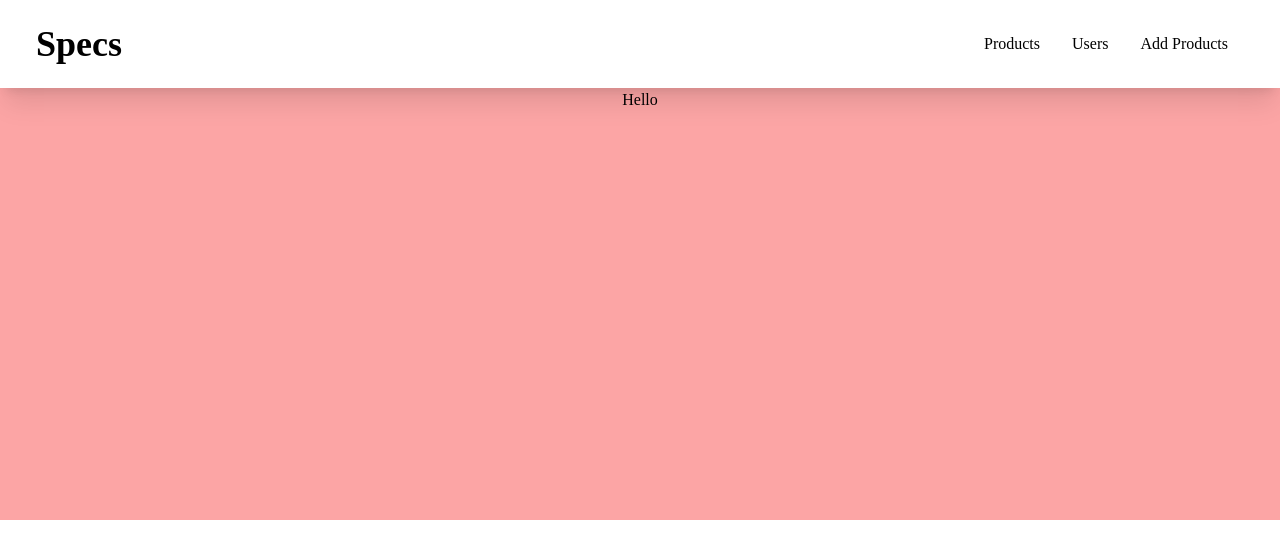
Repository: rushit163/frames-ecommerce
Page: /
These files come from the project's save history. The page is drawn as it stood at one moment and after the next save; the edit follows.
The browser window is 1280 px wide. The pictures show the whole page.
The project was rebuilt for these pictures with package versions that can differ from the ones it lists, and the page was loaded fresh each time. The framework's server and built-in components were replaced by stand-ins that run in the browser. Also part of the build but not shown: next.config.js.

Above is the page before, as saved 2023-05-06 07:30:36.

### pages/index.tsx
import Image from 'next/image'
import { Inter } from 'next/font/google';
import Admin_homePage from './Admin_homePage';
import Add_Products from './Add_Products';
const inter = Inter({ subsets: ['latin'] })

export default function Home() {
  return (

      <Add_Products/>

  )
}

### styles/globals.css
@tailwind base;
@tailwind components;
@tailwind utilities;

@import url("https://fonts.googleapis.com/css2?family=Playfair+Display:ital,wght@0,400;0,500;0,600;0,700;0,800;0,900;1,400;1,500;1,600;1,700;1,800;1,900&display=swap");

.swiper {
  width: 700px;
  height: 500px;
}

### pages/Add_Products.tsx
import Navbar from '@/components/Navbar_Admin'
import React from 'react'

const Add_Products = () => {
  return (
    <>
    <Navbar/>
    <div className=" bg-red-300 h-[60vh] w-full flex  justify-center">
      <h1>Hello</h1>
    </div>
    </>
  )
}

export default Add_Products

### components/Navbar_Admin.tsx
import Link from 'next/link';
import React, { useState } from 'react';


const Navbar = () => {
  const [nav, setNav] = useState(false);

  const handleNav = () => {
    setNav(!nav);
  };


  return (
    <div className='sticky bg-primary left-0 top-0 w-full ease-in duration-300 shadow-xl'>
      <div className='max-w-[1240px] m-auto flex justify-between items-center p-4 text-black'>
        <Link href='/'>
          <h1  className='font-bold text-4xl'>
            Specs
          </h1>
        </Link>
        <ul className='hidden sm:flex'>

          <li className='p-4'>
            <Link href='/#gallery'>Products</Link>
          </li>
          <li className='p-4'>
            <Link href='/work'>Users</Link>
          </li>
          <li className='p-4'>
            <Link href='/contact'>Add Products</Link>
          </li>
        </ul>

        {/* Mobile Button */}
        <div onClick={handleNav} className='block sm:hidden z-10 cursor-pointer'>
          {nav ? (
            <div>
                <svg xmlns="http://www.w3.org/2000/svg" fill="none" viewBox="0 0 24 24" strokeWidth={1.5} stroke="currentColor" className="w-6 h-6">
                <path strokeLinecap="round" strokeLinejoin="round" d="M6 18L18 6M6 6l12 12" />
                </svg>

            </div>
          ) : (
            <div >
                <svg xmlns="http://www.w3.org/2000/svg" fill="none" viewBox="0 0 24 24" strokeWidth={1.5}  stroke="currentColor" className="w-6 h-6">
                 <path strokeLinecap="round" strokeLinejoin="round" d="M3.75 5.25h16.5m-16.5 4.5h16.5m-16.5 4.5h16.5m-16.5 4.5h16.5" />
                </svg>
            </div>
          )}
        </div>
        {/* Mobile Menu */}
        <div
          className={
            nav
              ? 'sm:hidden absolute top-0 left-0 right-0 bottom-0 flex justify-center items-center w-full h-screen bg-primary bg-opacity-70 backdrop-blur-sm text-center ease-in duration-300'
              : 'sm:hidden absolute top-0 left-[-100%] right-0 bottom-0 flex justify-center items-center w-full h-screen bg-primary text-center ease-in duration-300 bg-opacity-70 backdrop-blur-sm'
          }
        >
          <ul>
            <li onClick={handleNav} className='p-4 text-4xl '>
              <Link href='/'>Products</Link>
            </li>
            <li onClick={handleNav} className='p-4 text-4xl '>
              <Link href='/#gallery'>User</Link>
            </li>
            <li onClick={handleNav} className='p-4 text-4xl '>
              <Link href='/work'>Add products</Link>
            </li>
            {/* <li onClick={handleNav} className='p-4 text-4xl'>
              <Link href='/contact'>Contact</Link>
            </li> */}
          </ul>
        </div>
      </div>
    </div>
  );
};




export default Navbar;

### tailwind.config.js
/** @type {import('tailwindcss').Config} */
module.exports = {
  content: [
    "./pages/**/*.{js,ts,jsx,tsx,mdx}",
    "./components/**/*.{js,ts,jsx,tsx,mdx}",
    "./app/**/*.{js,ts,jsx,tsx,mdx}",
  ],
  theme: {
    extend: {
      colors: {
        primary: "#ffffff",
        secondary: "#7e57c2",
      },
      fontFamily: {
        primary: ["Playfair Display", "serif"],
      },
    },
  },
  plugins: [require("@tailwindcss/forms")],
};

Loaded but not shown: pages/_app.tsx (common file); pages/_document.tsx (common file)

After the next save:
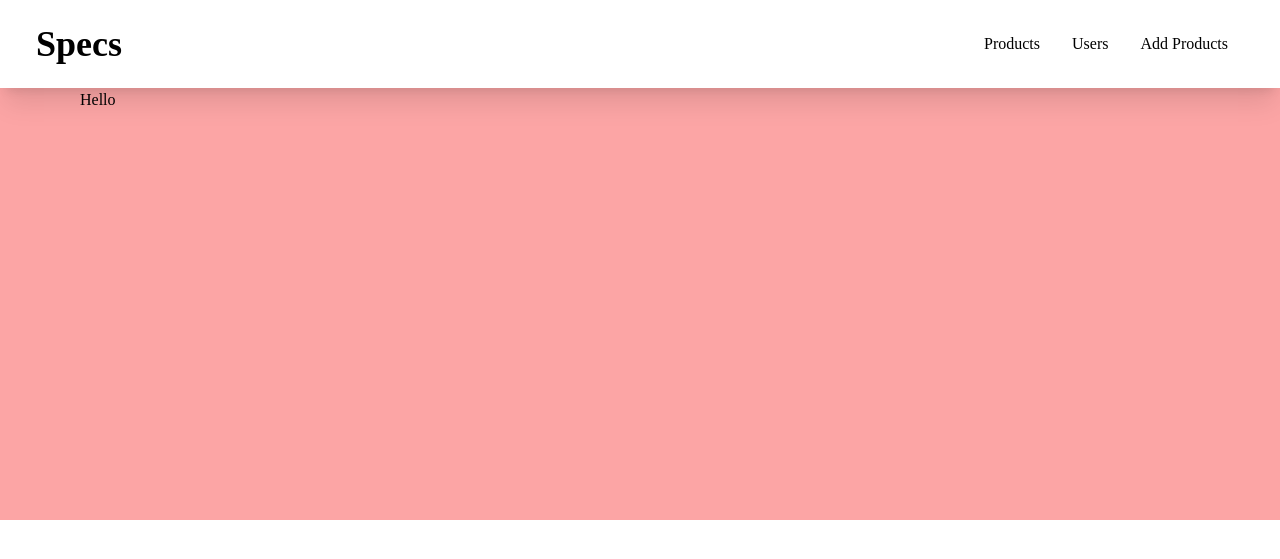
Saved 34 s later.
--- a/pages/Add_Products.tsx
+++ b/pages/Add_Products.tsx
@@ -5,7 +5,7 @@ const Add_Products = () => {
   return (
     <>
     <Navbar/>
-    <div className=" bg-red-300 h-[60vh] w-full flex  justify-center">
+    <div className=" bg-red-300 h-[60vh] w-full flex pl-20 pr-20">
       <h1>Hello</h1>
     </div>
     </>
